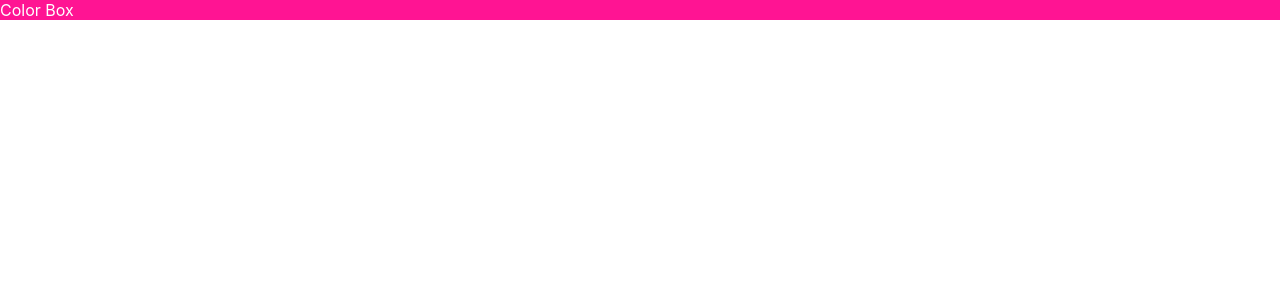
Repository: trantrongnhanttn/learn-reactjs
Page: /
The author's editor kept a copy of each file at every save. The page is drawn from the files as they stood at one save, then again after the next save.
The browser window is 1280 px wide. The pictures show the whole page.
The project was rebuilt for these pictures with package versions that can differ from the ones it lists, and the page was loaded fresh each time.

Above is the page before, as saved 2023-09-17 15:40:54.

### src/index.js
import React from "react";
import ReactDOM from "react-dom/client";
// import "./App.css";
import ColorBox from "./components/ColorBox";
import "./index.css";
import reportWebVitals from "./reportWebVitals";

const root = ReactDOM.createRoot(document.getElementById("root"));
root.render(
  <section>
    <ColorBox />
  </section>
);

// If you want to start measuring performance in your app, pass a function
// to log results (for example: reportWebVitals(console.log))
// or send to an analytics endpoint. Learn more: https://bit.ly/CRA-vitals
reportWebVitals();

### src/components/ColorBox/index.jsx
import React, { useState } from "react";
import PropTypes from "prop-types";
import "./ColorBox.scss";

ColorBox.propTypes = {};

function getRandomColor() {
  const COLOR_LIST = ["deeppink", "green", "yellow", "black", "blue"];
  const randomIndex = Math.trunc(Math.random() * 5);
  return COLOR_LIST[randomIndex];
}

function ColorBox() {
  const initColor = localStorage.getItem("box_color") || "deeppink";
  const [color, setColor] = useState(initColor);

  function handleBoxClick() {
    const newColor = getRandomColor();
    setColor(newColor);
    localStorage.setItem("box_color", newColor);
  }

  return (
    <div
      className="color-box"
      style={{ backgroundColor: color }}
      onClick={handleBoxClick}
    >
      Color Box
    </div>
  );
}

export default ColorBox;

### src/components/ColorBox/ColorBox.scss
.color-box {
    color: #ffffff;
}

Loaded but not shown: public/index.html (common file); src/index.css (common file); src/reportWebVitals.js (common file)

After the next save:
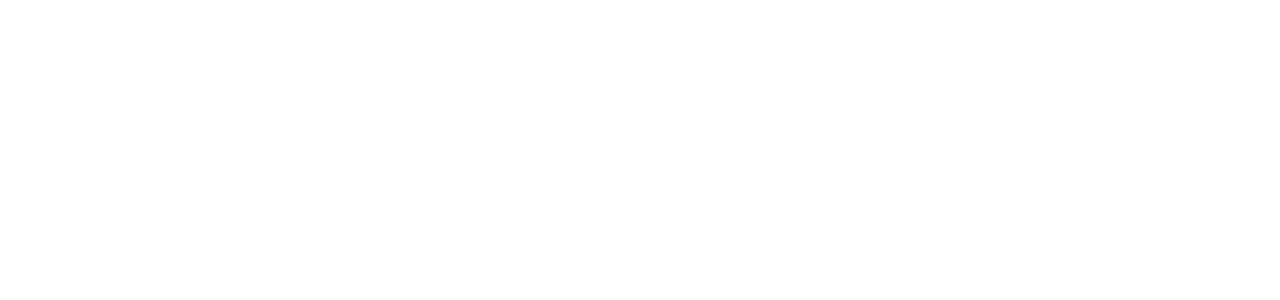
Saved 99 s later.
--- a/src/components/ColorBox/index.jsx
+++ b/src/components/ColorBox/index.jsx
@@ -11,8 +11,10 @@
 }
 
 function ColorBox() {
-  const initColor = localStorage.getItem("box_color") || "deeppink";
-  const [color, setColor] = useState(initColor);
+  const [color, setColor] = useState(() => {
+    const initColor = localStorage.getItem("box_color") || "deeppink";
+    console.log(initColor);
+  });
 
   function handleBoxClick() {
     const newColor = getRandomColor();

After the save that followed:
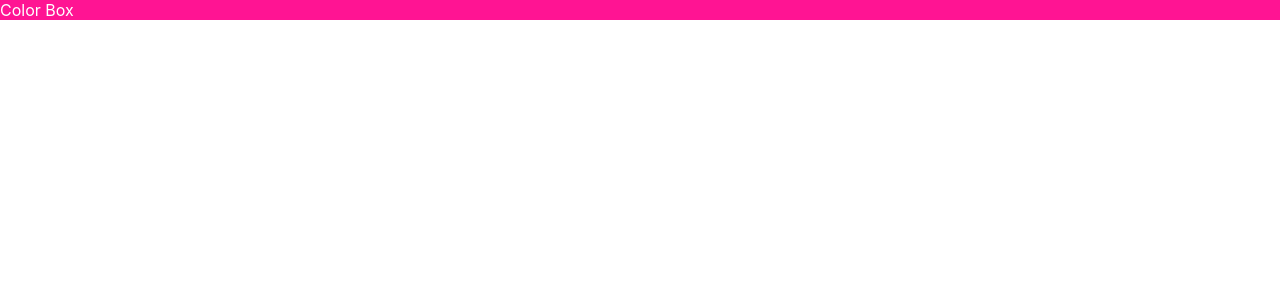
Saved 9 s later.
--- a/src/components/ColorBox/index.jsx
+++ b/src/components/ColorBox/index.jsx
@@ -14,6 +14,7 @@
   const [color, setColor] = useState(() => {
     const initColor = localStorage.getItem("box_color") || "deeppink";
     console.log(initColor);
+    return initColor;
   });
 
   function handleBoxClick() {
